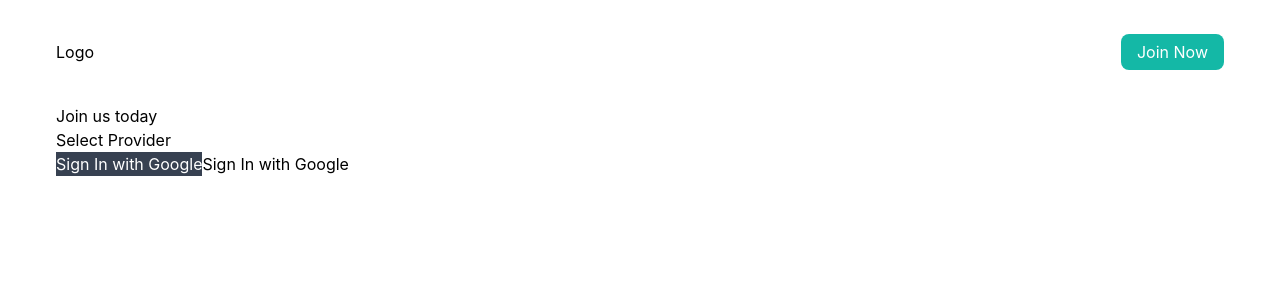
Repository: arafatmollah/auth-app
Page: /auth/login
The author's editor kept a copy of each file at every save. The page is drawn from the files as they stood at one save, then again after the next save.
The browser window is 1280 px wide. The pictures show the whole page.
The project was rebuilt for these pictures with package versions that can differ from the ones it lists, and the page was loaded fresh each time. The framework's server and built-in components were replaced by stand-ins that run in the browser. Also part of the build but not shown: next.config.js.

Above is the page before, as saved 2022-10-03 21:03:04.

After the next save:
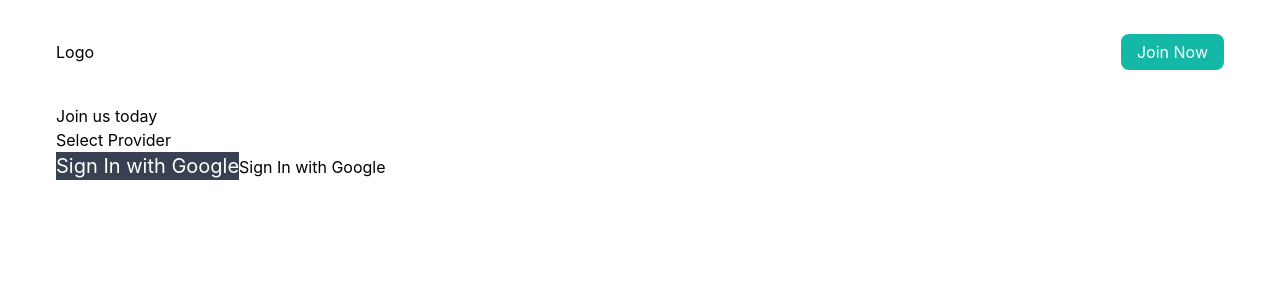
Saved 6 s later.
--- a/pages/auth/login.js
+++ b/pages/auth/login.js
@@ -7,7 +7,7 @@ export default function () {
         <div>
             <p>Select Provider</p>
             <div>
-                <button className='bg-gray-700 text-white text-'>Sign In with Google</button>
+                <button className='bg-gray-700 text-white text-xl font'>Sign In with Google</button>
                 <button>Sign In with Google</button>
             </div>
         </div>
